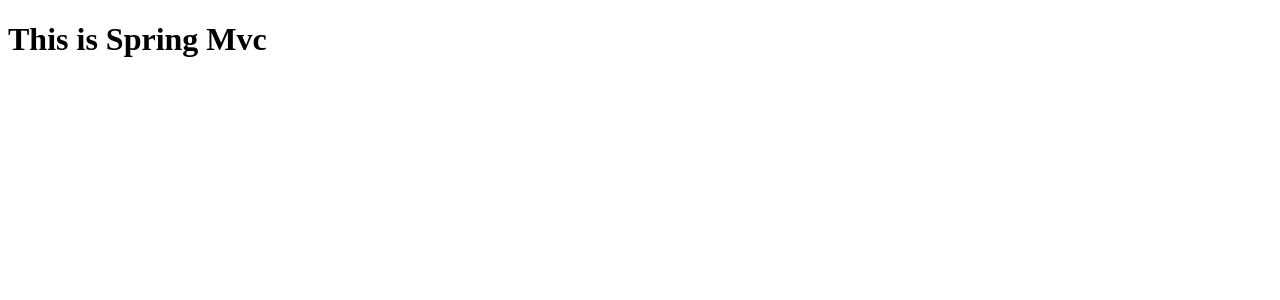
Repository: jalaj2123/SPRING-ORM
Page: http://localhost/SpringMvc/home
The author's editor kept a copy of each file at every save. The page is drawn from the files as they stood at one save, then again after the next save.
The browser window is 1280 px wide. The pictures show the whole page.
The page is served by Tomcat 9.

Above is the page before, as saved 2022-03-28 12:05:32.

After the next save:
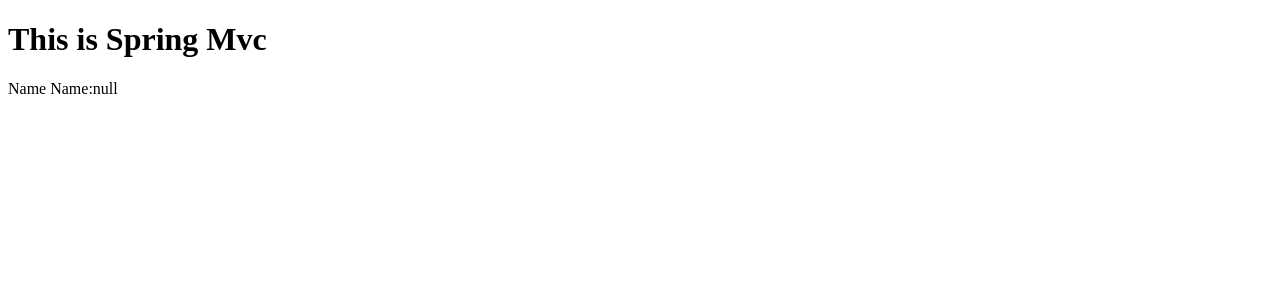
Saved 19 min 39 s later.
--- a/SpringMvc/SpringMvc/src/main/webapp/WEB-INF/views/index.jsp
+++ b/SpringMvc/SpringMvc/src/main/webapp/WEB-INF/views/index.jsp
@@ -8,5 +8,10 @@
 </head>
 <body>
 <h1> This is Spring Mvc</h1>
+Name
+<%
+String name=(String)request.getAttribute("name");
+%>
+Name:<%=name%>
 </body>
 </html>
